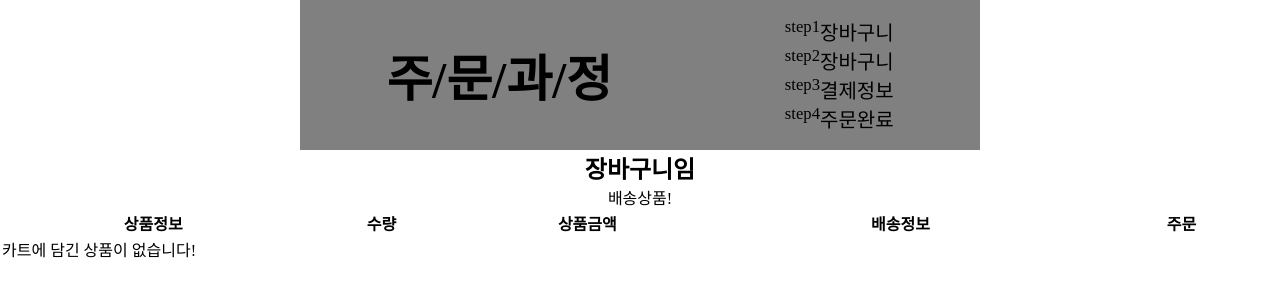
Repository: kym-1000/book
Page: http://localhost/book/WEB-INF/views/cart/cart1.jsp
An editor plug-in stored every save of this project. The page is shown before and after the next save, followed by the edit.
The browser window is 1280 px wide. The pictures show the whole page.
The page is served by Tomcat 9. Nobody is signed in. The template is opened directly, without the code that normally fills it, so the values that code supplies are empty.

Above is the page before, as saved 2023-01-02 08:43:36.

After the next save:
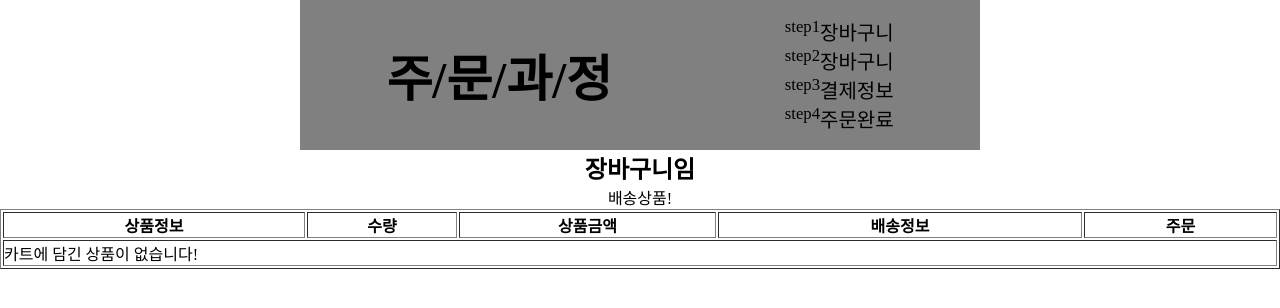
Saved 39 s later.
--- a/book/book/src/main/webapp/WEB-INF/views/cart/cart1.jsp
+++ b/book/book/src/main/webapp/WEB-INF/views/cart/cart1.jsp
@@ -21,7 +21,7 @@
 
 	<h2 style="text-align: center;">장바구니임</h2>
 
-	<table  width="100%" >
+	<table  width="100%"  border="1">
 	<caption >
       배송상품!
     </caption> <colgroup >
